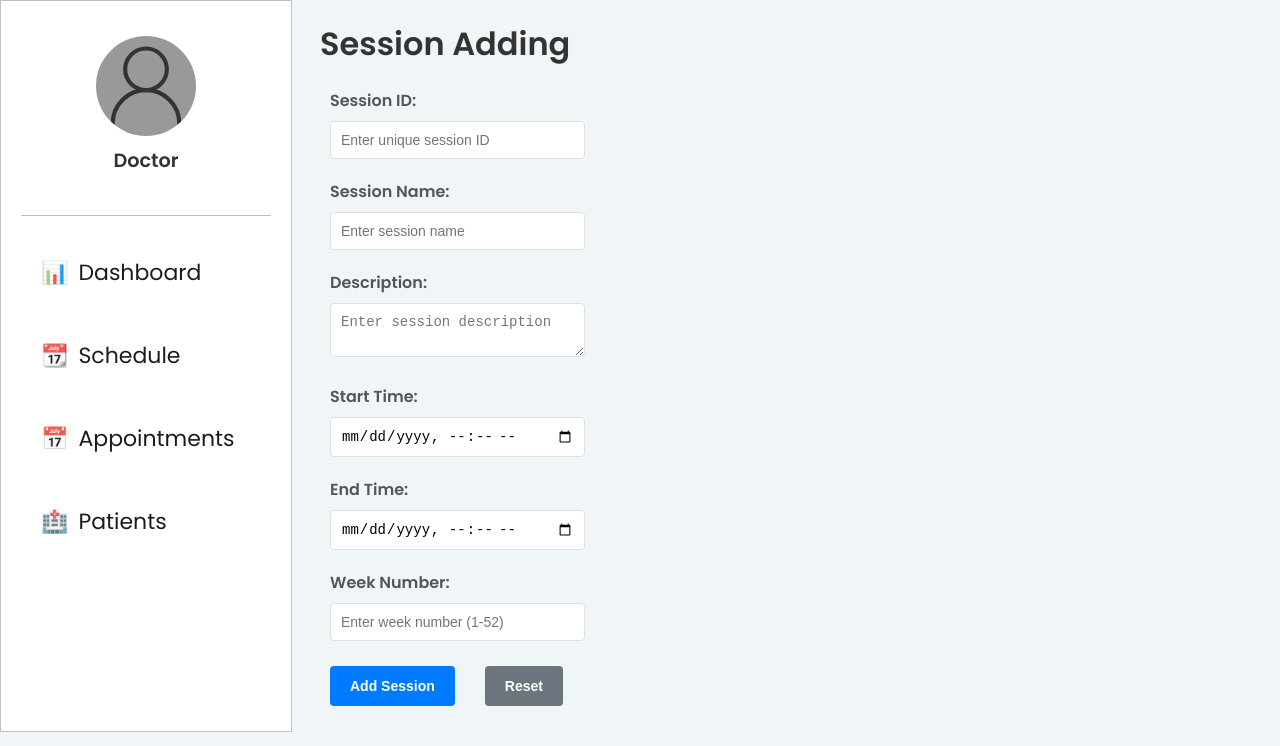
Repository: AriaFantom/Minor-Project
Page: http://localhost/Project/dashboard/doctor/schedule/create.jsp
The author's editor kept a copy of each file at every save. The page is drawn from the files as they stood at one save, then again after the next save.
The browser window is 1280 px wide. The pictures show the whole page.
Some web fonts or font styles are not loaded; a fallback is used. The page is served by Tomcat 10. Other server files are loaded and not shown.

Above is the page before, as saved 2024-12-12 18:29:57.

### Project/src/main/webapp/dashboard/doctor/schedule/create.jsp
<%@ page language="java" contentType="text/html; charset=UTF-8"
    pageEncoding="UTF-8"%>
<!DOCTYPE html>
<html lang="en">
<head>
    <meta charset="UTF-8">
    <title>Title</title>
    <link rel="stylesheet" href="../../../css/doctor-panel.css">

</head>
<body>
<aside class="side-bar">
    <div class="user-info">
        <svg xmlns="http://www.w3.org/2000/svg" width="24" height="24" viewBox="0 0 24 24" fill="none"
             stroke="currentColor"
             stroke-width="1" stroke-linecap="round" stroke-linejoin="round" class="user-avatar">
            <circle cx="12" cy="8" r="5"/>
            <path d="M20 21a8 8 0 0 0-16 0"/>
        </svg>
        <p>Doctor</p>
    </div>
    <ul class="siderbar-navlinks">
        <li>
            <a href="panel.jsp">
                <div class="icon">📊</div>
                Dashboard
            </a>
        </li>
        <li>
            <a href="schedule.jsp">
                <div class="icon">📆</div>
                Schedule
            </a>
        </li>
        <li>
            <a href="appointments.jsp">
                <div class="icon">📅</div>
                Appointments
            </a>
        </li>
        <li>
            <a href="patients.jsp">
                <div class="icon">🏥</div>
                Patients
            </a>
        </li>
    </ul>
</aside>
<main>
    <div class="top-heading">
        <h4 class="panel-heading">Session Adding</h4>
    </div>
    <div class="container">
        <form action="AddSessionServlet" method="post" class="session-form" onsubmit="return validateForm()">
        <input type="hidden" name="doctor_id" value="${sessionScope.doctorId}">

        <div class="form-group">
            <label for="id">Session ID:</label>
            <input type="text" id="id" name="id" required
                   pattern="[A-Za-z0-9]+"
                   title="Session ID must contain only letters and numbers"
                   placeholder="Enter unique session ID">
        </div>

        <div class="form-group">
            <label for="name">Session Name:</label>
            <input type="text" id="name" name="name" required
                   maxlength="100"
                   placeholder="Enter session name">
        </div>

        <div class="form-group">
            <label for="description">Description:</label>
            <textarea id="description" name="description"
                      maxlength="500"
                      placeholder="Enter session description"></textarea>
        </div>

        <div class="form-group">
            <label for="start_time">Start Time:</label>
            <input type="datetime-local" id="start_time" name="start_time" required>
        </div>

        <div class="form-group">
            <label for="end_time">End Time:</label>
            <input type="datetime-local" id="end_time" name="end_time" required>
        </div>

        <div class="form-group">
            <label for="week">Week Number:</label>
            <input type="number" id="week" name="week"
                   min="1" max="52"
                   required
                   placeholder="Enter week number (1-52)">
        </div>

        <div class="form-actions">
            <button type="submit" class="btn btn-primary">Add Session</button>
            <button type="reset" class="btn btn-secondary">Reset</button>
        </div>
    </form>
    </div>
</main>
</body>
</html>

### Project/src/main/webapp/css/doctor-panel.css
@import url('https://fonts.googleapis.com/css2?family=DM+Serif+Text:ital@0;1&family=PT+Sans:ital,wght@0,400;0,700;1,400;1,700&family=Poppins:ital,wght@0,100;0,200;0,300;0,400;0,500;0,600;0,700;0,800;0,900;1,100;1,200;1,300;1,400;1,500;1,600;1,700;1,800;1,900&family=Ubuntu:ital,wght@0,300;0,400;0,500;0,700;1,300;1,400;1,500;1,700&display=swap');

* {
    margin: 0;
    padding: 0;
}

body {
    background-color: #f0f6f8;
}



.side-bar {
    background: #fff;
    font-family: "Poppins", sans-serif;
    position: fixed;
    padding: 5px 20px;
    top: 0;
    left: 0;
    width: 250px;
    height: 100%;
    border: 1px solid rgba(51, 51, 51, 0.3);
    transition: 0.5s;
}

.user-info {
    display: flex;
    flex-direction: column;
    justify-content: center;
    align-items: center;
    padding: 30px 0px;
    border-bottom: 1px solid rgba(51, 51, 51, 0.3);
}

.user-avatar {
    width: 100px;
    height: 100px;
    border-radius: 50%;
    color: #333333;
    background: #999999;
}

.user-info p {
    margin: 10px 0;
    font-size: 1.2rem;
    font-weight: 600;
    color: #333333;
}

/* Nav Links */

.siderbar-navlinks {
    display: flex;
    flex-direction: column;
    gap: 10px;
    margin-top: 20px;
    list-style: none;
}

.side-bar li,
.side-bar a {
    text-decoration: none;
    font-size: 22px;
    display: flex;
    color: rgba(0, 0, 0, 0.89);
    gap: 10px;
    align-items: center;
    cursor: pointer;
    padding: 10px;
    transition: 0.5s;
}

.side-bar li:hover {
    background: #96c2c2;
    border-radius: 5px;
}

main {
    font-family: "Poppins", sans-serif;
    margin-left: 300px;
    padding: 20px;

}
.top-heading {
    display: flex;
    flex-direction: row;
    justify-content: space-between;
    margin-bottom: 20px;
}
.add-button {
    background-color: #3d8182;
    color: white;
    padding: 10px 20px;
    border-radius: 5px;
    font-size: 1.2rem;
    font-weight: 600;
    cursor: pointer;
    transition: 0.5s;
    border: none;
}
.panel-heading {
    font-size: 2rem;
    font-weight: 600;
    color: #333333;
}

.stats-container {
    display: grid;
    grid-template-columns: repeat(4, 1fr);
    gap: 20px;

    width: 100%;
}

.stats-card {
    background-color: white;
    border-radius: 12px;
    box-shadow: 0 8px 20px rgba(0, 0, 0, 0.08);
    padding: 25px;
    text-align: center;
    transition: all 0.3s ease;
    position: relative;
    overflow: hidden;
}

.stats-card:hover {
    transform: translateY(-10px);
    box-shadow: 0 12px 25px rgba(0, 0, 0, 0.12);
}

.stats-icon {
    font-size: 45px;
    margin-bottom: 15px;
    opacity: 0.7;
}

.stats-number {
    font-size: 36px;
    font-weight: bold;
    color: #2c3e50;
    margin-bottom: 10px;
}

.stats-label {
    font-size: 14px;
    color: #7f8c8d;
    text-transform: uppercase;
    letter-spacing: 1px;
}
/* All the tables in the main section */
.container {
    margin: 20px 10px;
    display: flex;
    gap: 40px;
    justify-content: space-between;
}

.appointment-table {
    width: 100%;
    border-collapse: collapse;
    background-color: #fff;
    border-radius: 10px;
    box-shadow: 0 4px 6px rgba(0, 0, 0, 0.1);
    overflow: hidden;
}

.appointment-table caption {
    font-size: 1.5em;
    font-weight: bold;
    padding: 10px;
    text-align: center;
    background-color: #f1f1f1;
    border-bottom: 2px solid #ddd;
}

.appointment-table th, .appointment-table td {

    padding: 12px 18px;
    text-align: center;
    border-bottom: 1px solid #ddd;
}

.appointment-table th {
    background-color: #f8f9fa;
    color: #555;
}

.appointment-table tr:hover {
    background-color: #f1f1f1;
}

.appointment-table td {
    font-size: 1em;
}
.edit-button {
    background-color: #3d826d;
    color: white;
    padding: 10px 15px;
    border-radius: 5px;
    font-size: 1.2rem;
    font-weight: 600;
    cursor: pointer;
    transition: 0.5s;
    border: none;
}

.delete-button {
    background-color: #823d3d;
    color: white;
    padding: 10px 15px;
    border-radius: 5px;
    font-size: 1.2rem;
    font-weight: 600;
    cursor: pointer;
    transition: 0.5s;
    border: none;
}



.session-form-container {
    background-color: #ffffff;
    border-radius: 8px;
    box-shadow: 0 4px 6px rgba(0, 0, 0, 0.1);
    padding: 30px;
    max-width: 600px;
    margin: 20px auto;
    border: 1px solid #e0e0e0;
}

.session-form .form-group {
    margin-bottom: 20px;
}

.session-form label {
    display: block;
    margin-bottom: 8px;
    font-weight: 600;
    color: #555;
}

.session-form input,
.session-form textarea {
    width: 100%;
    padding: 10px;
    border: 1px solid #e0e0e0;
    border-radius: 4px;
    font-size: 14px;
    transition: border-color 0.3s ease;
}

.session-form input:focus,
.session-form textarea:focus {
    outline: none;
    border-color: #007bff;
    box-shadow: 0 0 5px rgba(0, 123, 255, 0.2);
}

.form-actions {
    display: flex;
    justify-content: space-between;
    margin-top: 25px;
}

.btn {
    padding: 12px 20px;
    border: none;
    border-radius: 4px;
    font-size: 14px;
    font-weight: 600;
    cursor: pointer;
    transition: background-color 0.3s ease;
}

.btn-primary {
    background-color: #007bff;
    color: white;
}

.btn-primary:hover {
    background-color: #0056b3;
}

.btn-secondary {
    background-color: #6c757d;
    color: white;
}

.btn-secondary:hover {
    background-color: #545b62;
}

.session-form .form-group select {
    width: 100%;
    padding: 10px;
    border: 1px solid #e0e0e0;
    border-radius: 4px;
    background-color: white;
    font-size: 14px;
    appearance: none;
    -webkit-appearance: none;
    -moz-appearance: none;
    background-image: url("data:[embedded picture, 260 characters]");
    background-repeat: no-repeat;
    background-position: right 10px center;
}

.session-form .form-group select:focus {
    outline: none;
    border-color: #007bff;
    box-shadow: 0 0 5px rgba(0, 123, 255, 0.2);
}

.session-form .form-group select:invalid {
    color: #999;
}

.session-form .form-group select option {
    background-color: white;
    color: #333;
}

.session-form .form-group select option:first-child {
    color: #999;
}
.alert {
            padding: 15px;
            margin: 20px auto;
            border-radius: 4px;
            width: 95%;
            font-size: 16px;
            text-align: center;
}
.alert-success {
            color: #155724;
            background-color: #d4edda;
            border: 1px solid #c3e6cb;
}
.alert-danger {
            color: #721c24;
            background-color: #f8d7da;
            border: 1px solid #f5c6cb;
 }
.errordiv {
	display: flex;
	flex-direction: column;
	align-items:center;
	justify-content:center;
	background-color: #96c2c2;
	height: 100vh;
	width: 100%;
	font-family: "Poppins", sans-serif;
}

.errordiv h1 {
	text-transform: uppercase;
}

After the next save:
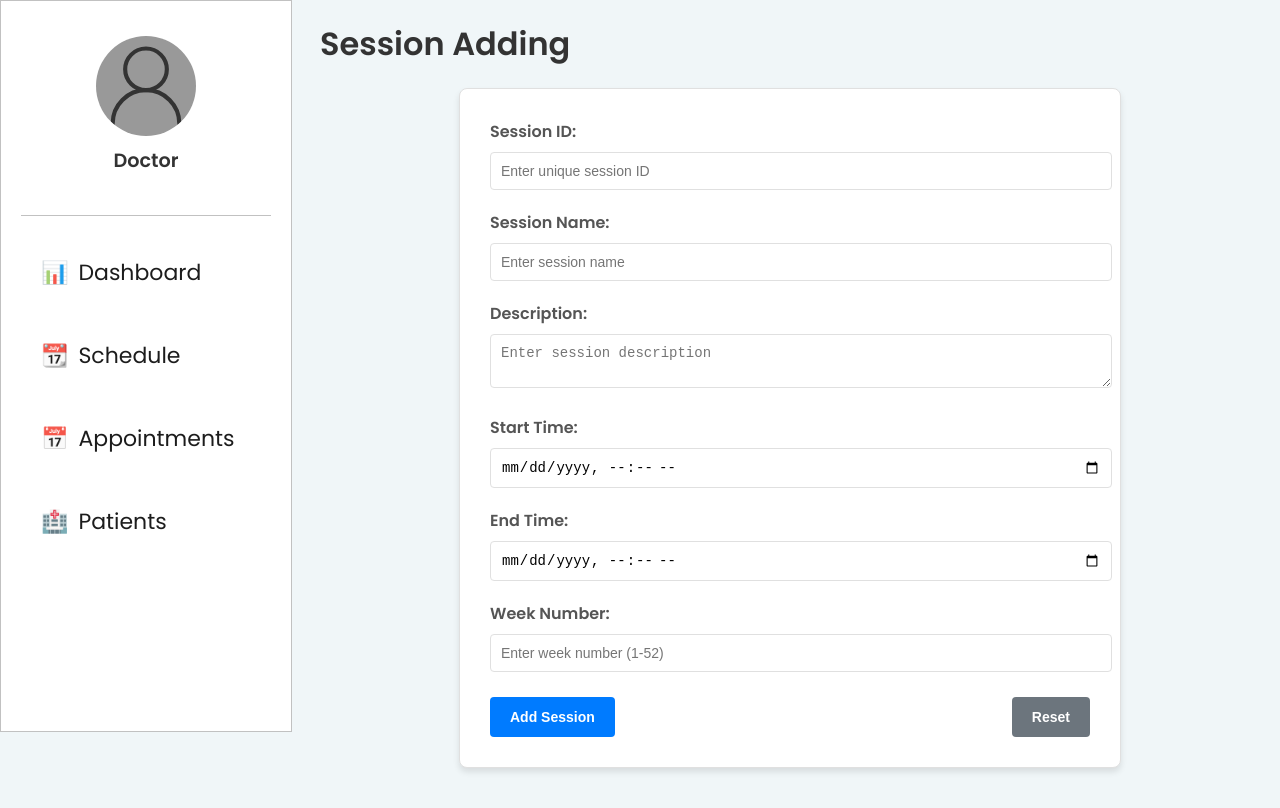
Saved 9 min 25 s later.
--- a/Project/src/main/webapp/dashboard/doctor/schedule/create.jsp
+++ b/Project/src/main/webapp/dashboard/doctor/schedule/create.jsp
@@ -50,8 +50,9 @@
     <div class="top-heading">
         <h4 class="panel-heading">Session Adding</h4>
     </div>
-    <div class="container">
-        <form action="AddSessionServlet" method="post" class="session-form" onsubmit="return validateForm()">
+    <div class="session-form-container">
+    <form action="AddSessionServlet" method="post" class="session-form" onsubmit="return validateForm()">
+        <%-- Hidden input for doctor_id will be populated from logged-in session --%>
         <input type="hidden" name="doctor_id" value="${sessionScope.doctorId}">
 
         <div class="form-group">
@@ -99,7 +100,8 @@
             <button type="reset" class="btn btn-secondary">Reset</button>
         </div>
     </form>
-    </div>
+</div>
+
 </main>
 </body>
 </html>
